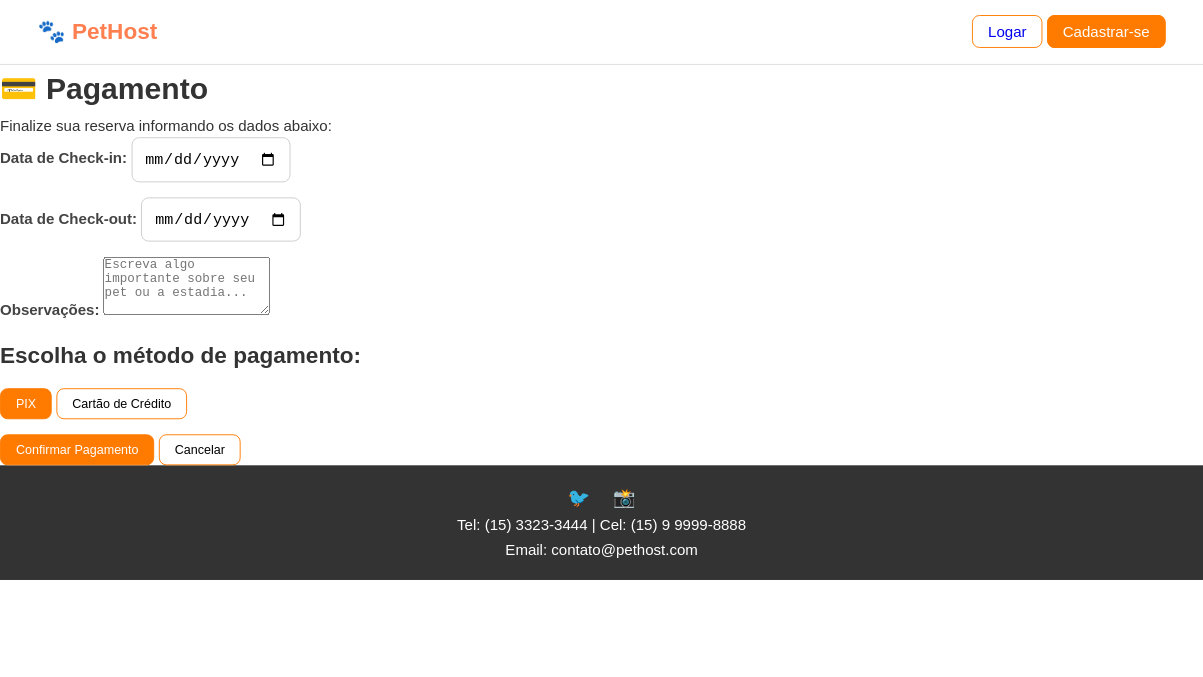
Repository: Vinicius9922/PetHost
Page: pagamento.html
An editor plug-in stored every save of this project. The page is shown before and after the next save, followed by the edit.
The browser window is 1280 px wide. The pictures show the whole page, at 94% of full size.

Above is the page before, as saved 2025-10-09 20:07:11.

After the next save:
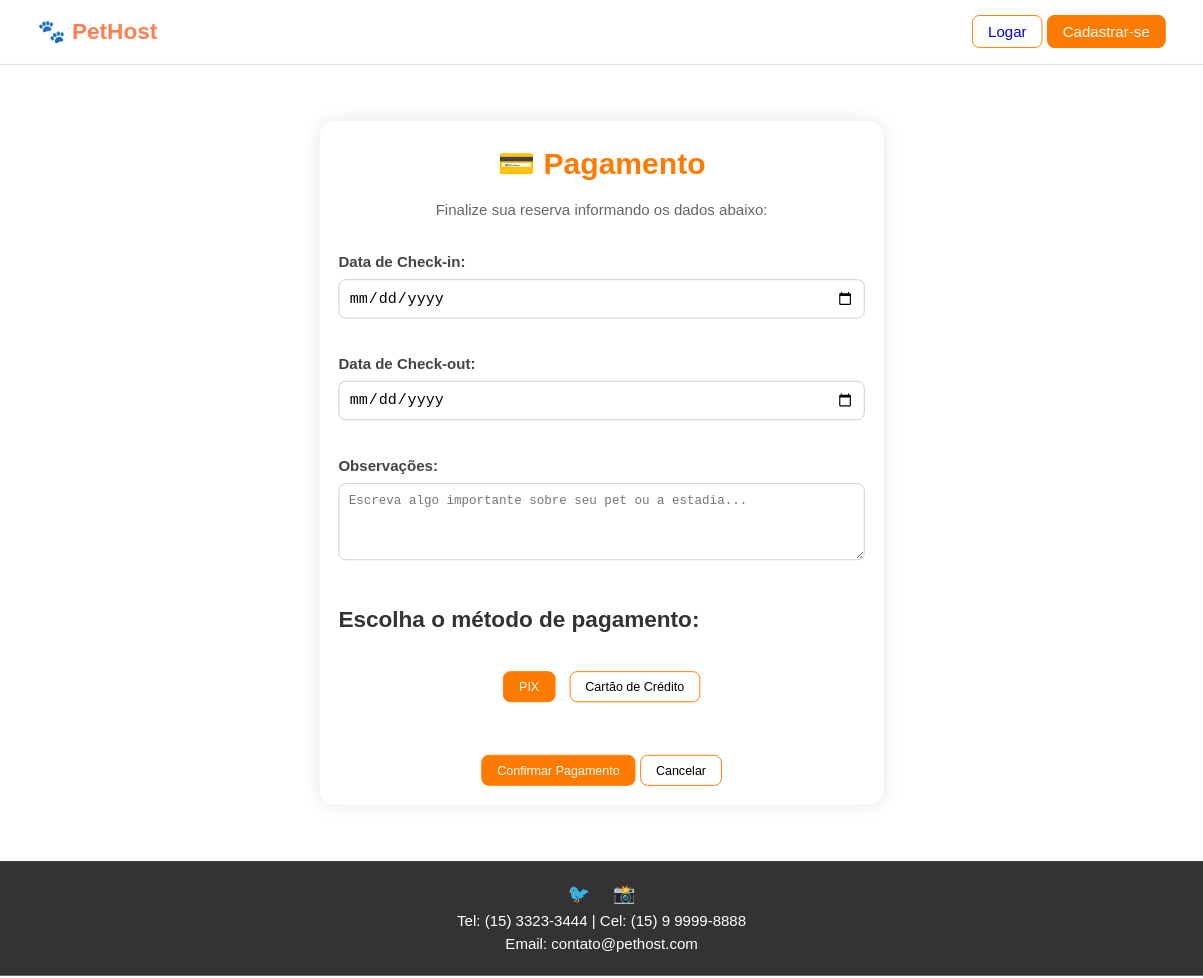
Saved 30 s later.
--- a/css/style.css
+++ b/css/style.css
@@ -429,3 +429,54 @@ form input:focus, form select:focus {
 .checkbox-group label {
   font-weight: normal;
 }
+
+.container {
+  max-width: 600px;
+  margin: 60px auto;
+  padding: 20px;
+  background: #fff;
+  border-radius: 16px;
+  box-shadow: 0 0 20px rgba(0, 0, 0, 0.1);
+}
+
+.page-title {
+  text-align: center;
+  color: #ff7a00;
+  margin-bottom: 10px;
+}
+
+.page-subtitle {
+  text-align: center;
+  color: #666;
+  margin-bottom: 30px;
+}
+
+.payment-form .form-group {
+  margin-bottom: 20px;
+}
+
+.payment-form label {
+  display: block;
+  font-weight: bold;
+  margin-bottom: 5px;
+}
+
+.payment-form input,
+.payment-form textarea {
+  width: 100%;
+  padding: 10px;
+  border: 1px solid #ccc;
+  border-radius: 8px;
+}
+
+.payment-options {
+  display: flex;
+  justify-content: center;
+  gap: 15px;
+  margin: 20px 0;
+}
+
+.form-actions {
+  text-align: center;
+  margin-top: 20px;
+}
